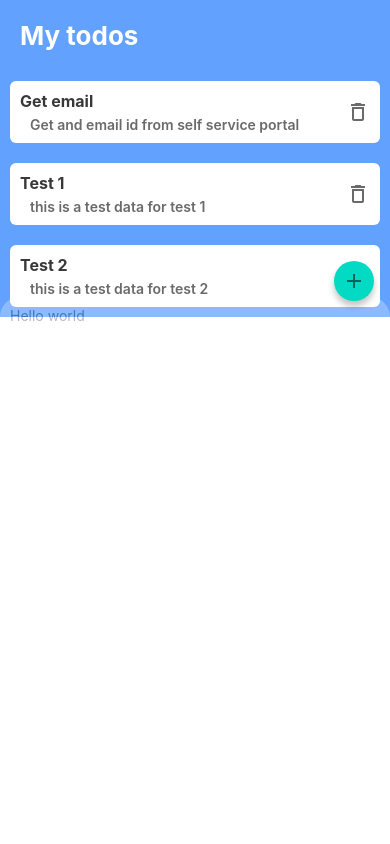
Repository: sadarsh216/Todo-App
Screen: /, after clicking the first element matching `button.css-view-175oi2r`
The author's editor kept a copy of each file at every save. The screen is drawn from the files as they stood at one save, then again after the next save.
The app was drawn by React Native's web renderer in a window 390 px wide. The project was rebuilt for these pictures with package versions that can differ from the ones it lists, and the page was loaded fresh each time.

Above is the screen before, as saved 2021-10-09 13:45:11.

### App.tsx
import React, { useRef } from "react";
import {
  SafeAreaView,
  ScrollView,
  StyleSheet,
  Text,
  TouchableWithoutFeedback,
  View,
  Animated,
} from "react-native";
import Todos from "./Pages/Todos";
import { FAB } from "react-native-paper";
import Modal from "./components/Modal";

const FadeInView = (props) => {
  const fadeAnim = useRef(new Animated.Value(0)).current; // Initial value for opacity: 0

  React.useEffect(() => {
    Animated.timing(fadeAnim, {
      toValue: 1,
      duration: 10000,
    }).start();
  }, [fadeAnim]);

  return (
    <Animated.View // Special animatable View
      style={{
        ...props.style,
        opacity: fadeAnim, // Bind opacity to animated value
      }}
    >
      {props.children}
    </Animated.View>
  );
};

export default function App() {
  const [showAdd, setAdd] = React.useState(false);

  return (
    <SafeAreaView>
      <View style={styles.container}>
        <ScrollView>
          <Text style={styles.heading}>My todos</Text>
          <Todos />
        </ScrollView>
        {showAdd && (
          <FadeInView>
            <View style={styles.modal}>
              <TouchableWithoutFeedback onPress={() => alert("")}>
                <Modal />
              </TouchableWithoutFeedback>
            </View>
          </FadeInView>
        )}
      </View>
      <FAB
        style={styles.fab}
        small
        icon="plus"
        onPress={() => setAdd(!showAdd)}
      />
    </SafeAreaView>
  );
}

const styles = StyleSheet.create({
  container: {
    height: "100%",
    backgroundColor: "#63a1ff",
  },
  heading: {
    color: "white",
    fontSize: 26,
    fontWeight: "bold",
    margin: 20,
  },
  fab: {
    color: "#fff",
    position: "absolute",
    margin: 16,
    right: 0,
    bottom: 0,
  },
  modal: {
    position: "absolute",
    bottom: 0,
    height: "60%",
    width: "100%",
    display: "flex",
    backgroundColor: "white",
    borderTopRightRadius: 20,
    borderTopLeftRadius: 20,
    elevation: 4,
    padding: 10,
    // backgroundColor: "rgba(0,0,0,0.4)",
  },
});

### Pages/Todos.tsx
import React from "react";
import { View, Text, StyleSheet, TouchableOpacity } from "react-native";
import { MaterialCommunityIcons } from "@expo/vector-icons";

export default function Todos() {
  const [todos, setTodos] = React.useState([
    {
      title: "Get email",
      description: "Get and email id from self service portal",
      id: 0,
    },
    { title: "Test 1", description: "this is a test data for test 1", id: 1 },
    { title: "Test 2", description: "this is a test data for test 2 ", id: 2 },
  ]);
  const deleteTodo = () => {
    alert("deleted");
  };
  return (
    <>
      {todos.map((item, key) => (
        <View key={item.id} style={styles.card}>
          <View style={styles.details}>
            <Text style={styles.title}>{item.title}</Text>
            <Text style={styles.desc}>{item.description}</Text>
          </View>
          <View style={styles.deleteSection}>
            <TouchableOpacity onPress={deleteTodo}>
              <MaterialCommunityIcons
                name="delete-outline"
                size={24}
                color="#6a6a6a"
              />
            </TouchableOpacity>
          </View>
        </View>
      ))}
    </>
  );
}

const styles = StyleSheet.create({
  card: {
    display: "flex",
    flexDirection: "row",
    backgroundColor: "#fff",
    margin: 10,
    borderRadius: 6,
    elevation: 4,
    padding: 10,
  },
  title: {
    fontSize: 16,
    marginBottom: 5,
    fontWeight: "bold",
    color: "#383838",
  },
  desc: {
    paddingHorizontal: 10,
    fontWeight: "600",
    color: "#6a6a6a",
  },
  details: {
    flex: 2,
  },
  deleteSection: {
    justifyContent: "center",
  },
});

### components/Modal.tsx
import React from 'react'
import { View, Text } from 'react-native'

export default function Modal() {
    return (
        <View>
            <Text>Hello world</Text>
        </View>
    )
}

After the next save:
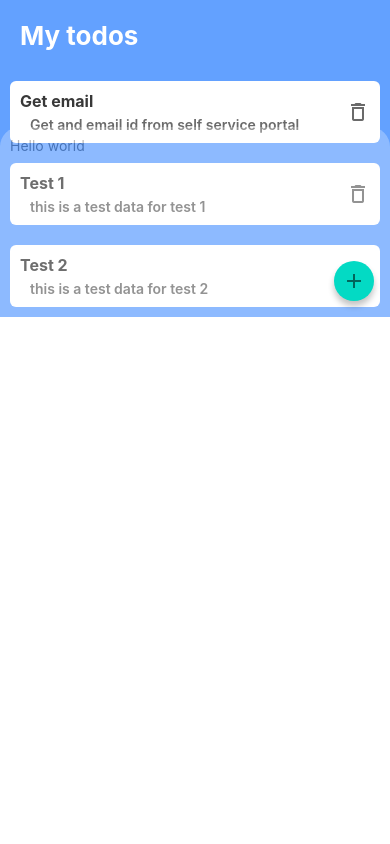
Saved 51 s later.
--- a/App.tsx
+++ b/App.tsx
@@ -45,8 +45,8 @@ export default function App() {
           <Todos />
         </ScrollView>
         {showAdd && (
-          <FadeInView>
-            <View style={styles.modal}>
+          <FadeInView style={styles.modal}>
+            <View>
               <TouchableWithoutFeedback onPress={() => alert("")}>
                 <Modal />
               </TouchableWithoutFeedback>
